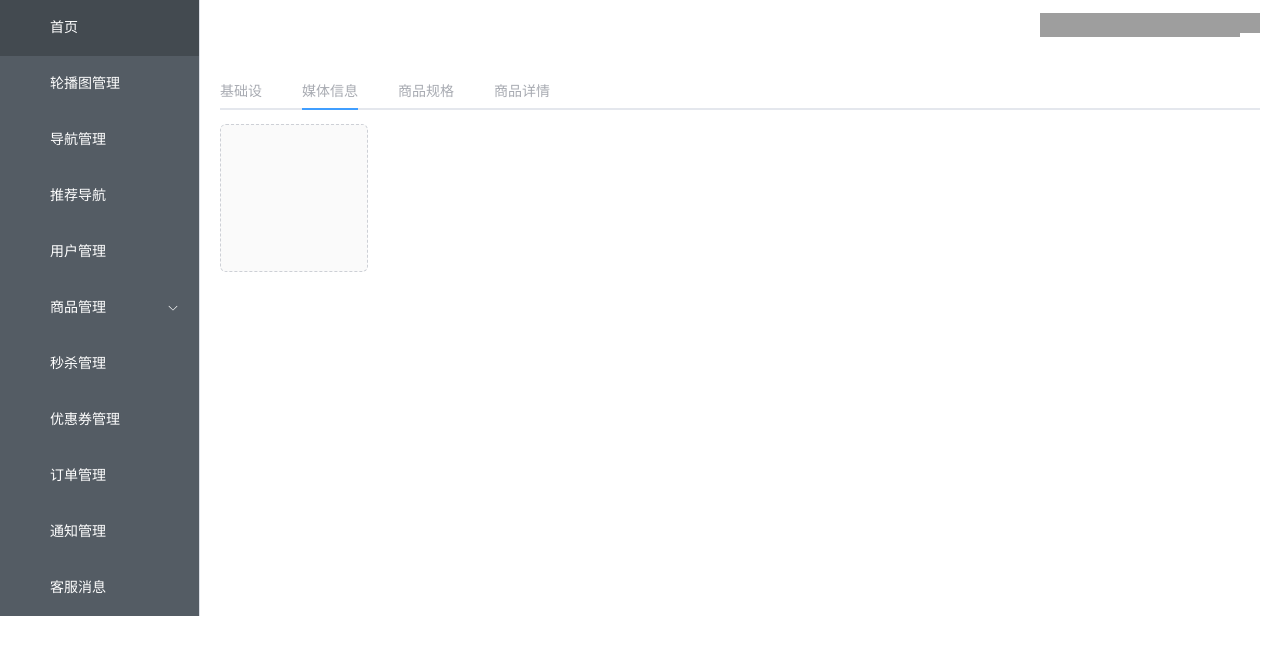
Repository: xinwuhao/CCG
Page: /addgoods
The author's editor kept a copy of each file at every save. The page is drawn from the files as they stood at one save, then again after the next save.
The browser window is 1280 px wide. The pictures show the whole page.
Pictures or frames that could not be fetched are drawn as grey boxes. The page's requests for data from a server got no answer. The project was rebuilt for these pictures with package versions that can differ from the ones it lists, and the page was loaded fresh each time. No one was signed in, and anything a server would have sent is missing. Also part of the build but not shown: vite.config.ts.

Above is the page before, as saved 2021-09-24 14:38:08.

### src/main.ts
import { createApp } from 'vue'
import App from "./App.vue";
import router from "./router"
import ElementPlus from 'element-plus'
import 'element-plus/dist/index.css'
import * as Icons from '@element-plus/icons'
import { toLine } from './utils/index'

const app = createApp(App)

for (let i in Icons) {
    app.component(`el-icon${toLine(i)}`, (Icons as any)[i])
}

app.use(router)
app.use(ElementPlus)
app.mount('#app')

### src/App.vue
<template>
  <div>
    <router-view></router-view>
  </div>
</template>

<script setup lang="ts">
</script>

<style lang='scss'>
@import "./scssbox.scss";
</style>

### src/router/index.ts
import { createRouter, createWebHistory, RouteRecordRaw } from 'vue-router'
// import Home from '../views/homepage/homepage.vue'
import Layout from '../views/layout/Layout.vue'

const routes: Array<RouteRecordRaw> = [
  {
    path: '/login',
    name: 'Logon',
    component: () => import('../views/login/Login.vue'),
    meta: {
      title: '登录'
    }
  },
  {
    path: '/',
    component: Layout,
    // 子路由: children
    children: [
      {
        path: '/',
        name: '/',
        component: () => import('../views/homepage/homepage.vue'),
        meta: {
          title: '首页',
          meta: '/homepage'
        }
      },
      {
        path: '/discount',
        name: 'discount',
        component: () => import('../views/discount/discount.vue'),
        meta: {
          title: '优惠券管理',
          meta: '/discount'
        }
      },
      {
        path: '/navigation',
        name: 'navigation',
        component: () => import('../views/navigation/navigation.vue'),
        meta: {
          title: '导航管理',
          meta: '/navigation'
        }
      },
      {
        path: '/swiper',
        name: 'swiper',
        component: () => import('../views/swiper/swiper.vue'),
        meta: {
          title: '轮播图管理',
          meta: '/swiper'
        }
      },
      {
        path: '/recommend',
        name: 'recommend',
        component: () => import('../views/recommend/recommend.vue'),
        meta: {
          title: '推荐导航',
          meta: '/recommend'
        }
      },
      {
        path: '/user',
        name: 'user',
        component: () => import('../views/user/user.vue'),
        meta: {
          title: '用户管理',
          meta: '/user'
        }
      },
      {
        path: '/addgoods',
        name: 'addgoods',
        component: () => import('../views/goods/addgoods.vue'),
        meta: {
          title: '添加商品',
          meta: '/addgoods'
        }
      },
      {
        path: '/sortgoods',
        name: 'sortgoods',
        component: () => import('../views/goods/sortgoods.vue'),
        meta: {
          title: '商品分类',
          meta: '/sortgoods'
        }
      },
      {
        path: '/modelgoods',
        name: 'modelgoods',
        component: () => import('../views/goods/modelgoods.vue'),
        meta: {
          title: '商品模型',
          meta: '/modelgoods'
        }
      },
      {
        path: '/specsgoods',
        name: 'specsgoods',
        component: () => import('../views/goods/specsgoods.vue'),
        meta: {
          title: '商品规格',
          meta: '/specsgoods'
        }
      },
      {
        path: '/parametergoods',
        name: 'parametergoods',
        component: () => import('../views/goods/parametergoods.vue'),
        meta: {
          title: '商品参数',
          meta: '/parametergoods'
        }
      },
      {
        path: '/specifications',
        name: 'specifications',
        component: () => import('../views/goods/specifications.vue'),
        meta: {
          title: '规格参数',
          meta: '/specifications'
        }
      },
      {
        path: '/seckill',
        name: 'seckill',
        component: () => import('../views/seckill/seckill.vue'),
        meta: {
          title: '秒杀管理',
          meta: '/seckill'
        }
      },
      {
        path: '/order',
        name: 'order',
        component: () => import('../views/order/order.vue'),
        meta: {
          title: '订单管理',
          meta: '/order'
        }
      },
      {
        path: '/notice',
        name: 'notice',
        component: () => import('../views/notice/notice.vue'),
        meta: {
          title: '通知管理',
          meta: '/notice'
        }
      },
      {
        path: '/news',
        name: 'news',
        component: () => import('../views/news/news.vue'),
        meta: {
          title: '客服消息',
          meta: '/news'
        }
      },
    ]
  }
]

const router = createRouter({
  history: createWebHistory(),
  routes
})

router.beforeEach((to, from, next) => {
  document.title = to.meta.title as string
  next()
})

export default router

### src/utils/index.ts
export const toLine = (str: string) => {
  return str.replace(/([A-Z])/g, "-$1").toLowerCase()
}

### src/scssbox.scss
* {
    margin: 0;
    padding: 0;
}

html,
body,
#app,
.el-container,
.el-menu {
    height: 100%;
}

### src/views/layout/Layout.vue
<template>
  <el-container>
    <el-aside width="auto">
      <nav-left :isCollapse='isCollapse'></nav-left>
    </el-aside>
    <el-container>
     <el-header>
        <nav-header v-model:isCollapse='isCollapse'></nav-header>
     </el-header>
      <el-main>
        <router-view></router-view>
      </el-main>
    </el-container>
  </el-container>
</template>

<script setup lang="ts">
import { ref, reactive } from 'vue'
import NavHeader from  '../../components/navHeader/NavHeader.vue'
import NavLeft from  '../../components/navLeft/NavLeft.vue'

interface Data {
  name: string,
  age: number
}

let isCollapse = ref<boolean>(false)
let data = reactive<Data>({
  name: 'jack',
  age: 20
})
</script>

<style scoped lang="scss">
.el-header {
  height: 50px;
  padding: 0;
}
</style>

### src/views/goods/addgoods.vue
<template>
  <div>
    <div v-if="judge == 0">
      <div class="searchBox">
        <el-input
          placeholder="请输入内容"
          v-model="input"
          clearable
          class="inputBox"
        >
        </el-input>
        <el-button icon="el-icon-search" @click="obtain"></el-button>
        <el-button type="primary" @click="ON">添加商品</el-button>
      </div>
      <!-- 表格 -->
      <div style="margin-top: 20px">
        <el-table :data="tableData" border style="width: 100%">
          <el-table-column label="#" type="index" width="50"> </el-table-column>
          <el-table-column prop="content" label="商品名称"> </el-table-column>
          <el-table-column prop="content" label="商品原价"> </el-table-column>
          <el-table-column prop="content" label="商品现价"> </el-table-column>
          <el-table-column prop="content" label="商品库存"> </el-table-column>
          <el-table-column label="是否新品">
            <template #default="scope">
              <div>
                {{ scope.row.isShow == true ? "是" : "否" }}
              </div>
            </template>
          </el-table-column>
          <el-table-column label="是否热卖">
            <template #default="scope">
              <div>
                {{ scope.row.isShow == true ? "是" : "否" }}
              </div>
            </template>
          </el-table-column>
          <el-table-column label="是否推荐">
            <template #default="scope">
              <div>
                {{ scope.row.isShow == true ? "是" : "否" }}
              </div>
            </template>
          </el-table-column>
          <el-table-column fixed="right" label="上下架">
            <template #default="scope">
              <el-switch
                v-model="scope.row.isShow"
                active-color="#1E90FF"
                inactive-color="#ff4949"
                @change="chen(scope.row)"
              >
              </el-switch>
            </template>
          </el-table-column>
          <el-table-column fixed="right" label="操作">
            <template #default="scope">
              <el-button @click="reduce(scope.row)" type="text" size="small"
                >删除</el-button
              >
              <el-button type="text" size="small" @click="alter(scope.row)"
                >编辑</el-button
              >
            </template>
          </el-table-column>
        </el-table>
      </div>
    </div>

    <!-- 添加商品弹出层 -->
    <div v-if="judge !== 0">
      <el-tabs v-model="judge">
        <el-tab-pane label="基础设" name="1" disabled>
          <el-form :model="swiper" ref="ruleForm" class="demo-ruleForm">
            <el-form-item label="商品名称:" prop="name">
              <el-input v-model="swiper.name" class="inpud"></el-input>
            </el-form-item>
            <el-form-item label="商品分类:" prop="category">
              <el-select
                v-model="swiper.category"
                placeholder="Select"
                style="width: 100%"
              >
                <el-option-group
                  v-for="group in options"
                  :key="group.name"
                  :label="group.name"
                >
                  <el-option
                    v-for="item in group.list"
                    :key="item.name"
                    :label="item.name"
                    :value="item._id"
                  >
                  </el-option>
                </el-option-group>
              </el-select>
            </el-form-item>
            <el-form-item label="商品原价:" prop="originalPrice">
              <el-input v-model="swiper.originalPrice" class="inpud"></el-input>
            </el-form-item>
            <el-form-item label="商品现价:" prop="presentPrice">
              <el-input v-model="swiper.presentPrice" class="inpud"></el-input>
            </el-form-item>
            <el-form-item label="封面图:" prop="cover">
              <el-upload
                class="upload-demo"
                action="http://localhost:1001/admin/upload"
                :headers="abc"
                :on-success="upimg"
                list-type="picture"
                :file-list="fileList"
              >
                <div class="blueFont">点击上传图片</div>
              </el-upload>
            </el-form-item>
            <el-form-item label="商品单位:" prop="company">
              <el-input v-model="swiper.company" class="inpud"></el-input>
            </el-form-item>
            <el-form-item label="商品库存" prop="stock">
              <el-input v-model="swiper.stock" class="inpud"></el-input>
            </el-form-item>
            <el-form-item label="商品简介" prop="introduction">
              <el-input
                v-model="swiper.introduction"
                :rows="2"
                type="textarea"
                placeholder="请输入商品简介"
              />
            </el-form-item>
            <el-form-item label="推荐介绍" prop="sellDesc">
              <el-input
                v-model="swiper.sellDesc"
                :rows="4"
                type="textarea"
                placeholder="请输入推荐介绍"
              />
            </el-form-item>

            <el-form-item label="是否新品" prop="isNewGood">
              <el-switch
                v-model="swiper.isNewGood"
                active-color="#13ce66"
                inactive-color="#ff4949"
                @change="chen"
              >
              </el-switch>
            </el-form-item>
            <el-form-item label="是否热销" prop="isHot">
              <el-switch
                v-model="swiper.isHot"
                active-color="#13ce66"
                inactive-color="#ff4949"
                @change="chen"
              >
              </el-switch>
            </el-form-item>
            <el-form-item label="是否推荐" prop="isRecommend">
              <el-switch
                v-model="swiper.isRecommend"
                active-color="#13ce66"
                inactive-color="#ff4949"
                @change="chen"
              >
              </el-switch>
            </el-form-item>
          </el-form>
          <div>
            <el-button @click="judge = '0'">取消</el-button>
            <el-button type="primary" @click="confirm">确定</el-button>
          </div>
        </el-tab-pane>

        <el-tab-pane label="媒体信息" name="2" disabled>
          <el-upload
            action="http://localhost:1001/admin/upload"
            :headers="abc"
            list-type="picture-card"
            :on-preview="handlePictureCardPreview"
            :on-success="handleRemove"
          >
            <i class="el-icon-plus"></i>
          </el-upload>
          <el-dialog v-model="dialogVisible">
            <div class="zebox">
              <img :src="img" class="imgbox" />
            </div>
          </el-dialog>
        </el-tab-pane>
        <el-tab-pane label="商品规格" name="3" disabled>Role</el-tab-pane>
        <el-tab-pane label="商品详情" name="4" disabled>Task</el-tab-pane>
      </el-tabs>
    </div>
  </div>
</template>

<script setup lang="ts">
import { ref, onMounted } from "vue";
import api from "../../http/aip";
import { ElMessage } from "element-plus";

// 输入框
let input = ref<any>("");
//切换层
let judge = ref<string>("2");
//上传图片token
let abc = { Authorization: localStorage.getItem("token") };
//接受图片路径
let fileList = ref<any>([]);
// 下拉
let options = ref<any>([]);
//表格数据
let tableData = ref<any>([]);
//表单
let swiper = ref<any>({
  name: "",
  category: "",
  cover: "",
  isHot: true,
  isRecommend: true,
  originalPrice: "",
  presentPrice: "",
  introduction: "",
  company: "",
  stock: "",
  isNewGood: true,
  sellDesc: "",
});
//表单确定键
let confirm = () => {
  judge.value = "2";
};
//媒体
let img = ref<string>("");
let dialogVisible = ref<boolean>(false);
let handleRemove = (e: any) => {
  img.value = e.data;
};
let handlePictureCardPreview = (file: any) => {
  dialogVisible.value = true;
};
//添加按钮
let ON = () => {
  judge.value = "1";
};
//上传图片请求成功
let upimg = (file: any) => {
  swiper.value.cover = file.data;
};
// 获取分类
let sort = () => {
  api
    .getCategory("")
    .then((res: any) => {
      if (res.code == 200) {
        options.value = res.data;
      }
    })
    .catch((err: any) => {
      console.log(err);
    });
};
//删除
let reduce = (e: any) => {
  api
    .delNotice(e._id)
    .then((res: any) => {
      if (res.code == 200) {
        ElMessage.success({
          message: `${res.msg}`,
          type: "success",
        });
        obtain();
      } else ElMessage.error(`${res.msg}`);
    })
    .catch((err: any) => {
      console.log(err);
    });
};
//显示
let chen = (e: any) => {
  api
    .showNotice({
      id: e._id,
      isShow: e.isShow,
    })
    .then((res: any) => {
      if (res.code == 200) {
        ElMessage.success({
          message: `${res.msg}`,
          type: "success",
        });
        obtain();
      } else ElMessage.error(`${res.msg}`);
    })
    .catch((err: any) => {
      console.log(err);
    });
};
let current = ref<number>(1);
let pageSize = ref<number>(10);
//获取数据
let obtain = () => {
  api
    .getNotice({
      current: current.value,
      pageSize: pageSize.value,
      query: input.value,
    })
    .then((res: any) => {
      if (res.code == 200) {
        tableData.value = res.data;
      }
    })
    .catch((err: any) => {
      console.log(err);
    });
};
onMounted(() => {
  obtain();
  sort();
});
</script>

<style scoped>
.searchBox {
  display: flex;
}
.inputBox {
  width: 300px;
}
.blueFont {
  color: #1e90ff;
}
.imgBox {
  width: 100px;
  height: 100px;
}
.imgbox {
  width: 500px;
  height: 500px;
}
.zebox {
  width: 100%;
  height: 100%;
  display: flex;
  justify-content: center;
  align-items: center;
}
</style>

### src/components/navHeader/NavHeader.vue
<template>
  <div class="header">
    <div @click="toggle" class="cent">
      <el-icon-expand v-if="isCollapse"></el-icon-expand>
      <el-icon-fold v-else></el-icon-fold>
      <div class="cenn">
        <iframe
          width="200"
          height="24"
          frameborder="0"
          scrolling="no"
          hspace="0"
          src="https://i.tianqi.com/?c=code&id=11"
        ></iframe>
        <div>
          <img
            src="https://img0.baidu.com/it/u=3730772664,138405132&fm=26&fmt=auto"
            class="img"
          />
        </div>
      </div>
    </div>
  </div>
</template>

<script lang='ts' setup>
import { ref } from "vue";
import { Fold, Expand } from "@element-plus/icons";

let props = defineProps({
  isCollapse: {
    type: Boolean,
    default: false,
  },
});
let emits = defineEmits(["update:isCollapse"]);
let toggle = () => {
  emits("update:isCollapse", !props.isCollapse);
};
</script>

<style lang='scss' scoped>
svg {
  width: 20px;
  height: 20px;
}
.header {
  height: 50px;
  display: flex;
  align-items: center;
  padding: 0 20px;
}
.cent {
  display: flex;
  width: 100%;
}
.cenn {
  display: flex;
  justify-content: flex-end;
  width: 100%;
}
.img {
  width: 20px;
  height: 20px;
}
</style>

### src/components/navLeft/NavLeft.vue
<template>
  <el-menu
    :uniqueOpened="true"
    default-active="1"
    class="el-menu"
    background-color="#545c64"
    text-color="#fff"
    active-text-color="#ffd04b"
    :collapse="isCollapse"
    :router="true"
  >
    <template v-for="(item, index) in arr" :key="index">
      <el-menu-item :index="item.path" v-if="item.name !== '商品管理'">
        <component :is="item.i" class="iconbox"></component>
        <template #title>{{ item.name }}</template>
      </el-menu-item>
      <el-sub-menu :index="item.path" v-else>
        <template #title>
          <component :is="item.i" class="iconbox"></component>
          <span>{{ item.name }}</span>
        </template>
        <template v-for="(item1, index1) in arr1" :key="index1">
          <el-menu-item :index="item1.path">
            <component :is="item1.i" class="iconbox"></component>
            <span> {{ item1.name }}</span>
          </el-menu-item>
        </template>
      </el-sub-menu>
    </template>
  </el-menu>
</template>

<script lang='ts' setup>
import { ref } from "vue";
let arr = ref<any>([
  { name: "首页", i: "el-icon-house", path: "/" },
  { name: "轮播图管理", i: "el-icon-help", path: "/swiper" },
  { name: "导航管理", i: "el-icon-data-line", path: "/navigation" },
  { name: "推荐导航", i: "el-icon-document-copy", path: "/recommend" },
  { name: "用户管理", i: "el-icon-user", path: "/user" },
  { name: "商品管理", i: "el-icon-paperclip", path: "" },
  { name: "秒杀管理", i: "el-icon-reading", path: "/seckill" },
  { name: "优惠券管理", i: "el-icon-coin", path: "/discount" },
  { name: "订单管理", i: "el-icon-set-up", path: "/order" },
  { name: "通知管理", i: "el-icon-microphone", path: "/notice" },
  { name: "客服消息", i: "el-icon-chat-line-round", path: "/news" },
]);
let arr1 = ref<any>([
  { name: "添加商品", i: "el-icon-document-add", path: "/addgoods" },
  { name: "商品分类", i: "el-icon-tickets", path: "/sortgoods" },
  { name: "商品模型", i: "el-icon-set-up", path: "/modelgoods" },
  { name: "商品规格", i: "el-icon-position", path: "/specsgoods" },
  { name: "商品参数", i: "el-icon-cpu", path: "/parametergoods" },
  { name: "规格参数", i: "el-icon-takeaway-box", path: "/specifications" },
]);
let props = defineProps({
  isCollapse: {
    type: Boolean,
    default: false,
  },
});
</script>

<style lang='scss' scoped>
.el-menu:not(.el-menu--collapse) {
  width: 200px;
}
.iconbox {
  width: 20px;
  height: 20px;
  margin-right: 10px;
}
</style>

### src/http/index.ts
import axios, { AxiosError, AxiosRequestConfig, AxiosResponse } from 'axios'


const http = axios.create({
   baseURL: 'http://localhost:1001',
   timeout: 10000
})


http.interceptors.request.use((config: AxiosRequestConfig) => {
   let token = localStorage.getItem('token')
   if (token) {
      config.headers['Authorization'] = token
   }
   return config
}, (err: AxiosError) => {
   return Promise.reject(err)
})


http.interceptors.response.use((res: any) => {
   return res.data
}, (err: AxiosError) => {
   let status: number = err.response! && err.response!.status
   if (status === 401) {

   }
   if (status === 400) {

   }
   if (status === 403) {

   }
   if (status === 404) {

   }
   if (status === 500) {

   }
   if (status === 503) {

   }
   return Promise.reject(err)
})


export default http

Loaded but not shown: index.html (common file); src/http/aip.ts (465 lines, source omitted)

After the next save:
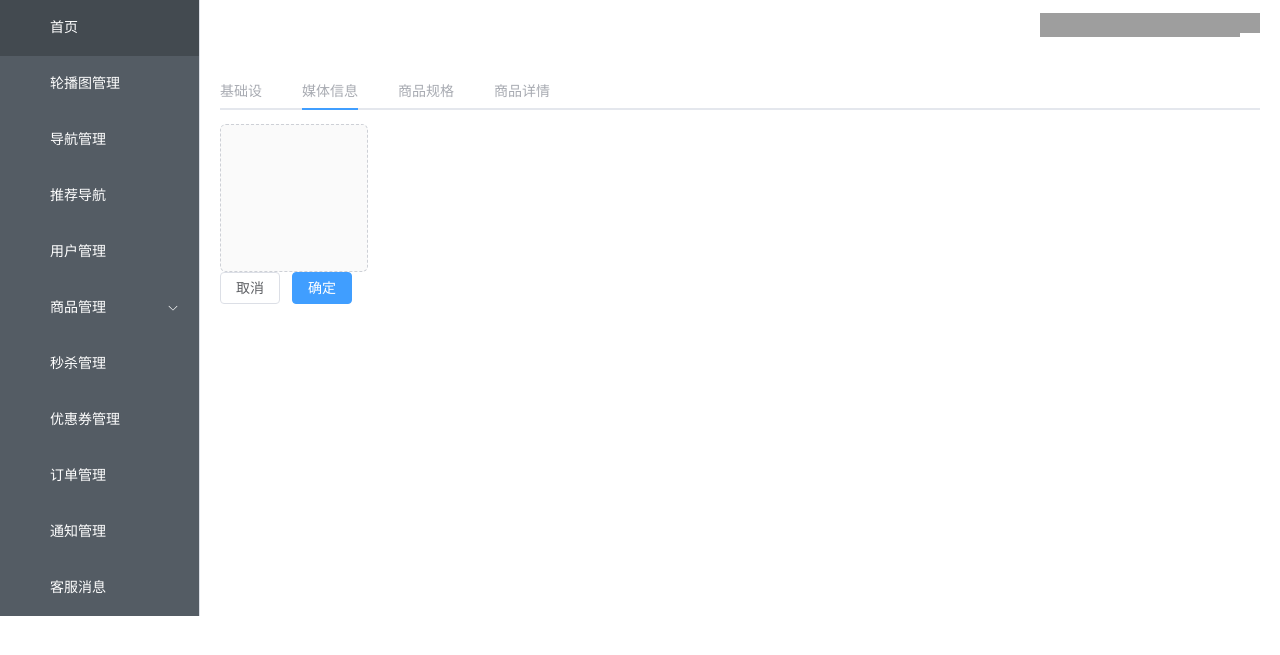
Saved 64 s later.
--- a/src/views/goods/addgoods.vue
+++ b/src/views/goods/addgoods.vue
@@ -185,6 +185,10 @@
               <img :src="img" class="imgbox" />
             </div>
           </el-dialog>
+          <div>
+            <el-button @click="judge = '0'">取消</el-button>
+            <el-button type="primary" @click="confirm">确定</el-button>
+          </div>
         </el-tab-pane>
         <el-tab-pane label="商品规格" name="3" disabled>Role</el-tab-pane>
         <el-tab-pane label="商品详情" name="4" disabled>Task</el-tab-pane>
